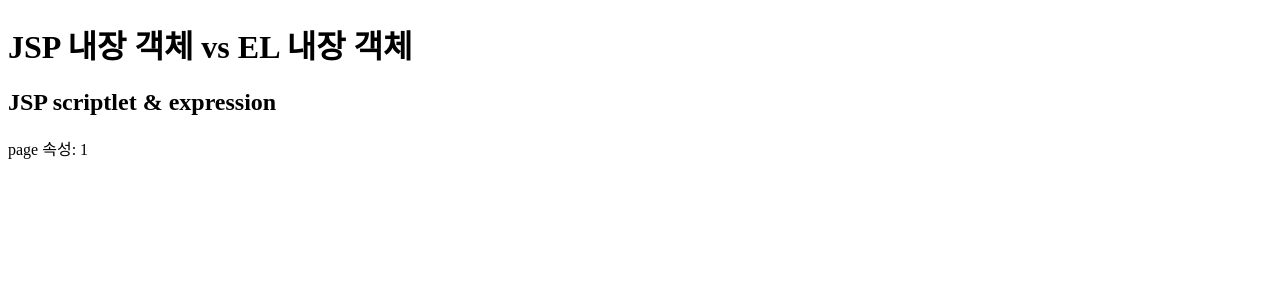
Repository: ljh5973/labweb
Page: http://localhost/JSP03/04_scope.jsp
An editor plug-in stored every save of this project. The page is shown before and after the next save, followed by the edit.
The browser window is 1280 px wide. The pictures show the whole page.
The page is served by Tomcat 9.

Above is the page before, as saved 2022-01-10 08:19:50.

### JSP03/webapp/04_scope.jsp
<%@ page language="java" contentType="text/html; charset=UTF-8"
    pageEncoding="UTF-8"%>
<%@ page trimDirectiveWhitespaces="true"%>
<!DOCTYPE html>
<html>
	<head>
		<meta charset="UTF-8">
		<title>EL</title>
	</head>
	<body>

	<h1>JSP 내장 객체 vs EL 내장  객체</h1>
	<%--
	JSP에서 상태 정보들을 유지하기 위해서 사용하는 객체들:
	 * pageContent : JSP 페이지가 유지되는 동안 유지되는 객체. <% pageContext.get(); %>
	 * request : 요청(request)이 유지되는 동안 유지되는 객체. <% request.getParameter(); %>
	 * session : 세션(session)이 유지되는 동안 유지되는 객체.
	 * application : 웹 애플리케이션이 동작 중(서버 실행 중)에 계속 유지되는 객체.

	EL에서 상태 정보들을 유지하기 위해서 사용하는 객체들:
	 * pageScope: ${pageScope}. JSP에 pageContext 객체
	 * requestScope: ${requestScope} . JSP의 request 객체.
	 * sessionScope: ${sessionScope}. JSP의 session 객체.
	 * applicationScope: ${ applicationScope}. JSP의 application 객체.

	 EL의 ${}의 동작 원리:
	  * EL은 변수 이름을 pageScope -> requestScope -> sessionScope -> applicationScope 순서대로 찾아봄
	 --%>

	<h2>JSP scriptlet & expression</h2>

	<%
	// pageContext 객체에 "number1" 속성 값을 1로 설정
	pageContext.setAttribute("number1", 1);

	// request객체에 "number2" 속성 값을 설정
	request.setAttribute("number2", 2);
	//
	session.setAttribute("number3", 3);
	//
	application.setAttribute("number4", 4);
	%>

	<div>
	page 속성: <%=pageContext.getAttribute("number1") %>
	</div>
	</body>
</html>

After the next save:
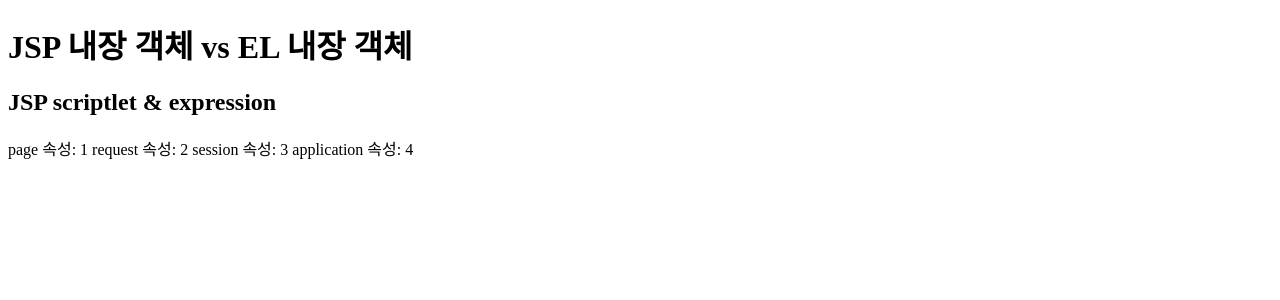
Saved 107 s later.
--- a/JSP03/webapp/04_scope.jsp
+++ b/JSP03/webapp/04_scope.jsp
@@ -43,6 +43,9 @@
 
 	<div>
 	page 속성: <%=pageContext.getAttribute("number1") %>
+	request 속성: <%=request.getAttribute("number2") %>
+	session 속성: <%= session.getAttribute("number3") %>
+	application 속성: <%= application.getAttribute("number4") %>
 	</div>
 	</body>
 </html>
